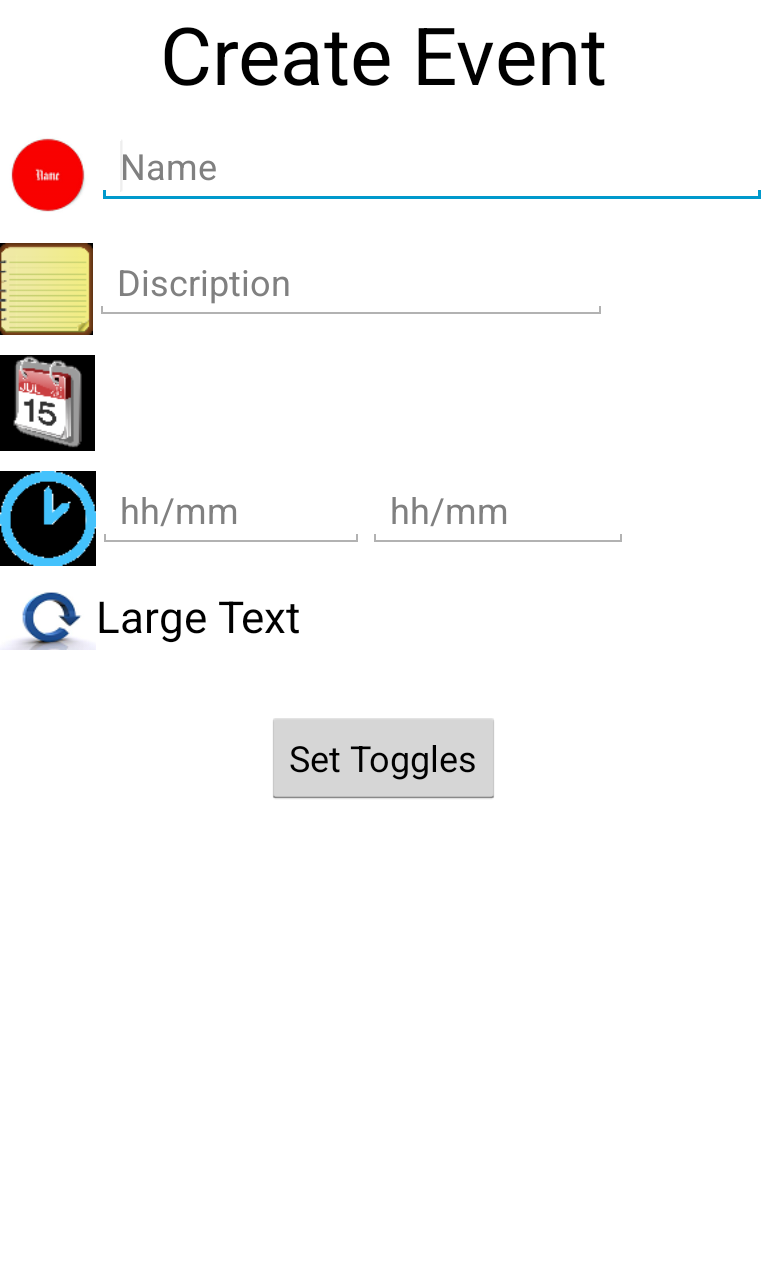
Repository: born2behappy18/meetingMiliue
Layout: MeetingMileu/res/layout/newevent.xml
An editor plug-in stored every save of this project. The layout is shown before and after the next save, followed by the edit.
It is drawn on a 768 x 1280 px phone screen (xhdpi) without system bars, with theme AppTheme; the app's code is not run.

Above is the layout before, as saved 2015-10-11 10:21:22.

### MeetingMileu/res/layout/newevent.xml
<?xml version="1.0" encoding="utf-8"?>
<LinearLayout xmlns:android="http://schemas.android.com/apk/res/android"
    android:layout_width="match_parent"
    android:layout_height="match_parent"
    android:orientation="vertical" >

    <TextView
        android:id="@+id/textView1"
        android:layout_width="wrap_content"
        android:layout_height="wrap_content"
        android:layout_gravity="center_horizontal"
        android:text="Create Event"
        android:textAppearance="?android:attr/textAppearanceLarge"
        android:textSize="40dp" />

<LinearLayout
    android:layout_width="match_parent"
    android:layout_height="wrap_content"
    android:orientation="horizontal"
    android:layout_marginTop="10dp" >

    <ImageView
        android:id="@+id/imageView1"
        android:layout_width="wrap_content"
        android:layout_height="wrap_content"
        android:src="@drawable/name" />
    <EditText
        android:id="@+id/editText1"
        android:layout_width="232dp"
        android:layout_height="wrap_content"
        android:layout_weight="0.42"
        android:ems="10"
        android:hint="Name">

        <requestFocus android:layout_height="wrap_content" />
    </EditText>

</LinearLayout>
<LinearLayout
    android:layout_width="match_parent"
    android:layout_height="wrap_content"
    android:orientation="horizontal"
    android:layout_marginTop="10dp" >

<ImageView
    android:id="@+id/imageView2"
    android:layout_width="wrap_content"
    android:layout_height="wrap_content"
    android:src="@drawable/desc" />

    <EditText
        android:id="@+id/editText2"
        android:layout_width="258dp"
        android:layout_height="wrap_content"
        android:ems="10"
        android:hint="Discription" />

</LinearLayout>
<LinearLayout
    android:layout_width="match_parent"
    android:layout_height="wrap_content"
    android:layout_marginTop="10dp"
    android:orientation="horizontal" >

    <ImageView
        android:id="@+id/imageView3"
        android:layout_width="wrap_content"
        android:layout_height="wrap_content"
        android:src="@drawable/date" />

    <TextView
        android:id="@+id/tvDt1"
        android:layout_width="132dp"
        android:layout_height="40dp"
        android:textAppearance="?android:attr/textAppearanceLarge" />

    <TextView
        android:id="@+id/tvDt2"
        android:layout_width="132dp"
        android:layout_height="40dp"
        android:textAppearance="?android:attr/textAppearanceLarge" />

</LinearLayout>
<LinearLayout
    android:layout_width="match_parent"
    android:layout_height="wrap_content"
    android:orientation="horizontal"
    android:layout_marginTop="10dp" >
    <ImageView
        android:id="@+id/imageView4"
        android:layout_width="wrap_content"
        android:layout_height="wrap_content"
        android:src="@drawable/time" />

    <EditText
        android:id="@+id/editText5"
        android:layout_width="135dp"
        android:hint="hh/mm"
        android:layout_height="wrap_content"
        android:ems="10"
        android:inputType="time" />

    <EditText
        android:id="@+id/editText6"
        android:layout_width="132dp"
        android:layout_height="wrap_content"
        android:ems="10"
        android:hint="hh/mm"
        android:inputType="time" />

</LinearLayout>
<LinearLayout
    android:layout_width="match_parent"
    android:layout_height="wrap_content"
    android:orientation="horizontal"
    android:layout_marginTop="10dp" >
    <ImageView
        android:id="@+id/imageView5"
        android:layout_width="wrap_content"
        android:layout_height="wrap_content"
        android:src="@drawable/repeat" />

    <TextView
        android:id="@+id/textView2"
        android:layout_width="match_parent"
        android:layout_height="match_parent"
        android:text="Large Text"
        android:textAppearance="?android:attr/textAppearanceLarge" />

</LinearLayout>

<Button
    android:id="@+id/button1"
    android:layout_width="wrap_content"
    android:layout_height="wrap_content"
    android:text="Set Toggles"
    android:layout_marginTop="30dp"
    android:layout_gravity="center_horizontal" />

</LinearLayout>

Loaded but not shown: MeetingMileu/res/values/styles.xml (common file); MeetingMileu/res/values-v11/styles.xml (common file); MeetingMileu/res/values-v14/styles.xml (common file)

After the next save:
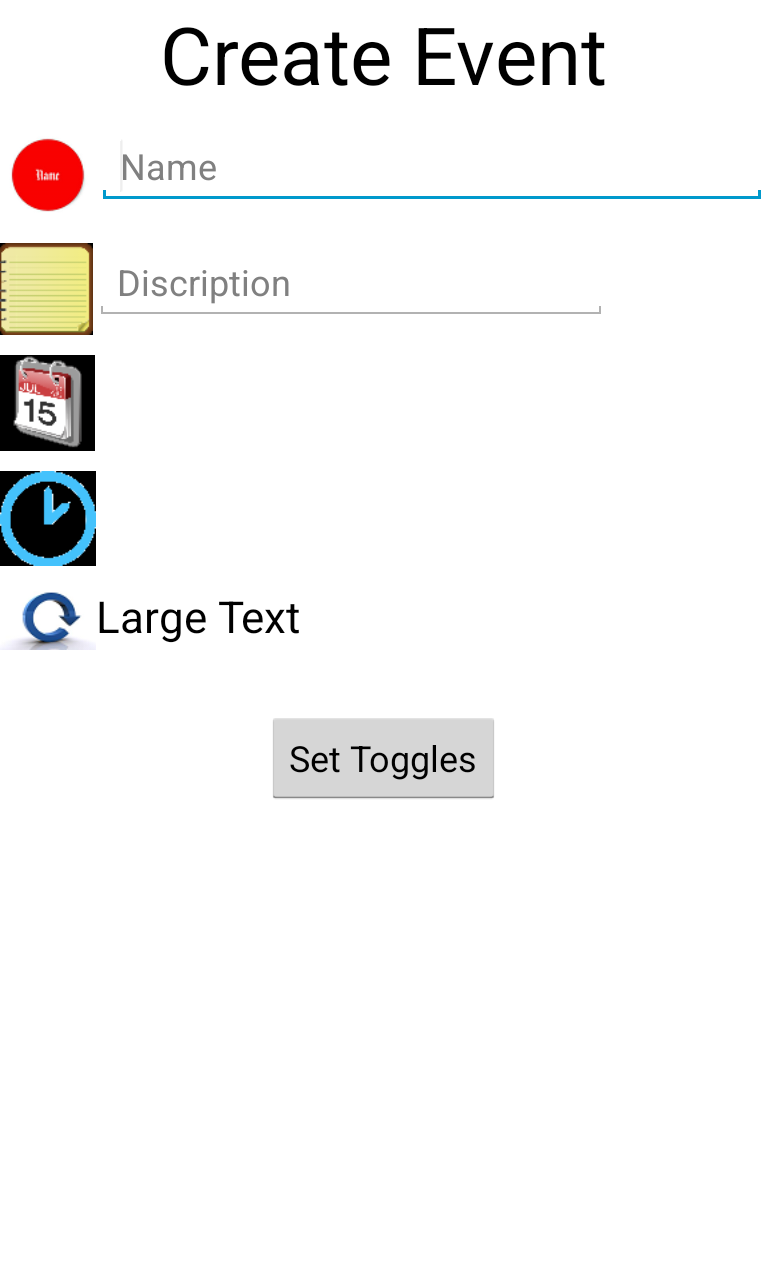
Saved 3 min 15 s later.
--- a/MeetingMileu/res/layout/newevent.xml
+++ b/MeetingMileu/res/layout/newevent.xml
@@ -92,21 +92,20 @@
         android:layout_height="wrap_content"
         android:src="@drawable/time" />
 
-    <EditText
-        android:id="@+id/editText5"
-        android:layout_width="135dp"
-        android:hint="hh/mm"
-        android:layout_height="wrap_content"
-        android:ems="10"
-        android:inputType="time" />
+    <TextView
+        android:id="@+id/tvTm1"
+        android:layout_width="132dp"
+        android:layout_height="40dp"
+        android:textAppearance="?android:attr/textAppearanceLarge" />
 
-    <EditText
-        android:id="@+id/editText6"
+    <TextView
+        android:id="@+id/tvTm2"
         android:layout_width="132dp"
-        android:layout_height="wrap_content"
-        android:ems="10"
-        android:hint="hh/mm"
-        android:inputType="time" />
+        android:layout_height="40dp"
+        android:textAppearance="?android:attr/textAppearanceLarge" />
+
+
+
 
 </LinearLayout>
 <LinearLayout
